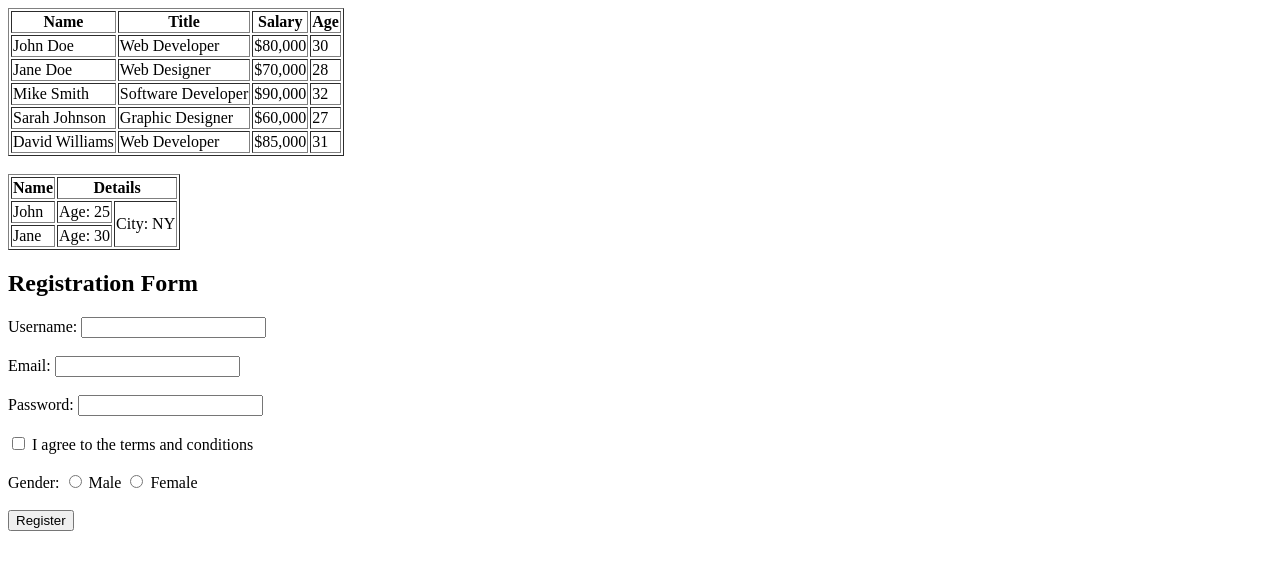
Repository: arunyerram/Web-TEChnologies
Page: Class2/code.html
An editor plug-in stored every save of this project. The page is shown before and after a run of saves, followed by the edit.
The browser window is 1280 px wide. The pictures show the whole page.

Above is the page before, as saved 2025-02-14 12:55:33.

### Class2/code.html
<!DOCTYPE html>
<html lang="en">
<head>
    <meta charset="UTF-8">
    <meta name="viewport" content="width=device-width, initial-scale=1.0">
    <title>Document</title>
</head>
<body>
    <table border="1">
        <thead>
            <tr ">
                <th>Name</th>
                <th>Title</th>
                <th>Salary </th>
                <th>Age</th>
            </tr>
        </thead>
        <tbody>
            <tr >
                <td >John Doe</td>
                <td>Web Developer</td>
                <td>$80,000 </td>
                <td>30</td>
            </tr>
            <tr>
                <td>Jane Doe</td>
                <td>Web Designer</td>
                <td>$70,000 </td>
                <td>28</td>
            </tr>
            <tr >
                <td>Mike Smith</td>
                <td>Software Developer</td>
                <td>$90,000 </td>
                <td>32</td>
            </tr>
            <tr>
                <td>Sarah Johnson</td>
                <td>Graphic Designer</td>
                <td>$60,000 </td>
                <td>27</td>
            </tr>
            <tr>
                <td>David Williams</td>
                <td>Web Developer</td>
                <td>$85,000 </td>
                <td>31</td>
            </tr>
        </tbody>
    </table>

    <br/>

    <table border="1">
        <tr>
            <th>Name</th>
            <th colspan="2">Details</th>
        </tr>
        <tr>
            <td>John</td>
            <td>Age: 25</td>
            <td rowspan="2">City: NY</td>
        </tr>
        <tr>
            <td>Jane</td>
            <td>Age: 30</td>
        </tr>
    </table>

    <h2>Registration Form</h2>
    <form action="index.html" method="post">
        <!-- Text Input -->
        <label for="username">Username:</label>
        <input type="text" id="username" name="username" required>
        <br><br>

        <!-- Email Input -->
        <label for="email">Email:</label>
        <input type="email" id="email" name="email" required>
        <br><br>

        <!-- Password Input -->
        <label for="password">Password:</label>
        <input type="password" id="password" name="password" required>
        <br><br>

        <!-- Checkbox -->
        <label>
            <input type="checkbox" id="agree" name="terms"> I agree to the terms and conditions
        </label>
        <br><br>

        <!-- Radio Buttons -->
        <label>Gender:</label>
        <label for="male">
            <input type="radio" id="male" name="gender" value="male"> Male
        </label>
        <label for="female">
            <input type="radio" id="female" name="gender" value="female"> Female
        </label>
        <br><br>

        <!-- Submit Button -->
        <input type="submit" value="Register">
    </form>


</body>
</html>

After the next 2 saves:
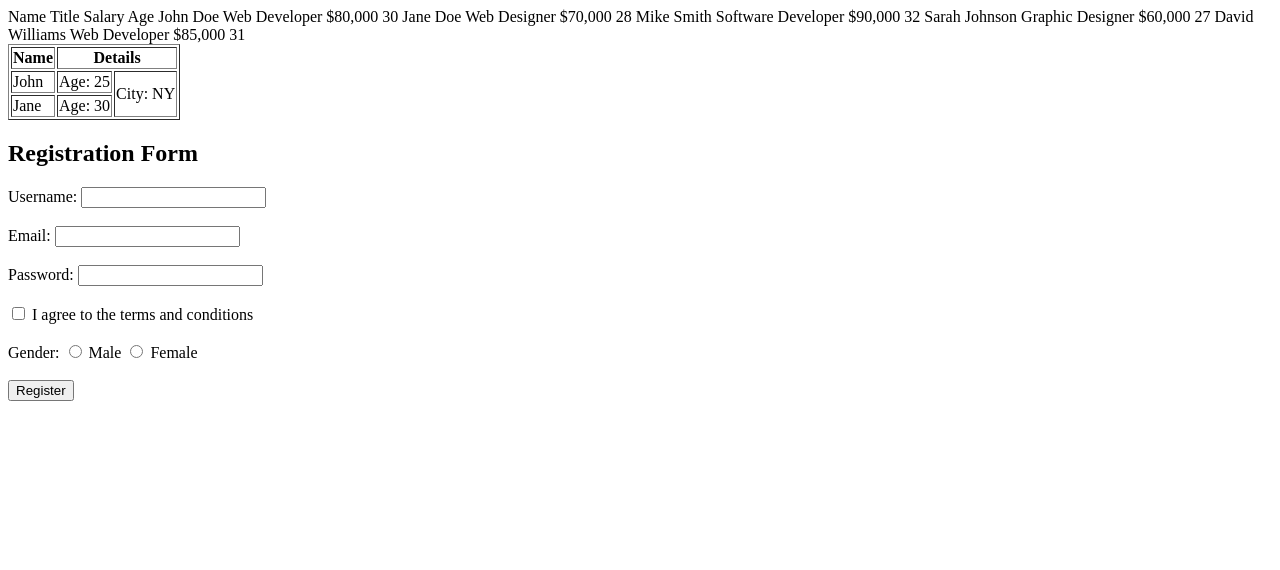
The 2 saves are shown as one change because they came seconds apart.
The last was saved 3 min 7 s later.
--- a/Class2/code.html
+++ b/Class2/code.html
@@ -4,6 +4,7 @@
     <meta charset="UTF-8">
     <meta name="viewport" content="width=device-width, initial-scale=1.0">
     <title>Document</title>
+    <link rel="stylesheet" href="
 </head>
 <body>
     <table border="1">
